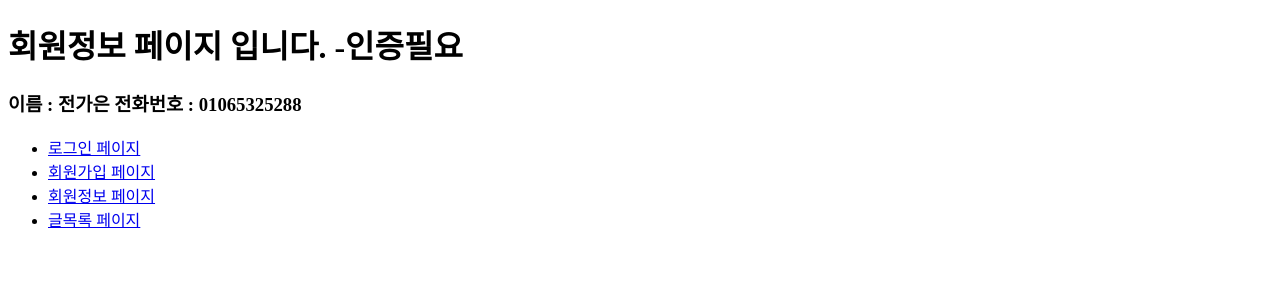
Repository: gouthiki90/web
Page: http://localhost/first1/user/userInfo.jsp
An editor plug-in stored every save of this project. The page is shown before and after a run of saves, followed by the edit.
The browser window is 1280 px wide. The pictures show the whole page.
The page is served by Tomcat 9.

Above is the page before, as saved 2022-02-22 07:18:32.

### first1/src/main/webapp/user/userInfo.jsp
<%@ page language="java" contentType="text/html; charset=UTF-8"
    pageEncoding="UTF-8"%>
<!DOCTYPE html>
<html>
<head>
<meta charset="UTF-8">
<title>Insert title here</title>
</head>
<body>
	<%
	request.getReader();
	// DB연결, SELECT
	String name = "전가은";
	String phone = "01065325288";
	%>
<h1>회원정보 페이지 입니다. -인증필요</h1>
<h3>이름 : <%=name %>  전화번호 : <%=phone %></h3>
	<ul>
		<li><a href="/user/login.html">로그인 페이지</a></li>
		<li><a href="/user/join.html">회원가입 페이지</a></li>
		<li><a href="/user/userInfo.jsp">회원정보 페이지</a></li>
		<li><a href="/post/list.html">글목록 페이지</a></li>
	</ul>

</body>
</html>

After the next 2 saves:
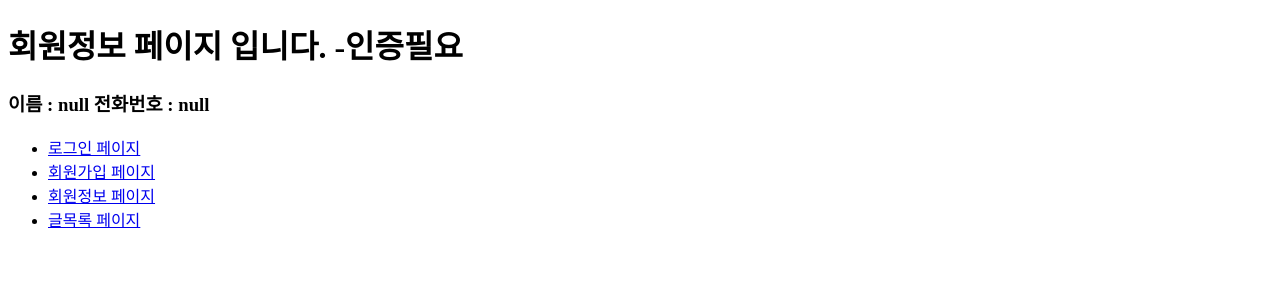
The 2 saves are shown as one change because they came seconds apart.
The last was saved 4 min 3 s later.
--- a/first1/src/main/webapp/user/userInfo.jsp
+++ b/first1/src/main/webapp/user/userInfo.jsp
@@ -8,10 +8,12 @@
 </head>
 <body>
 	<%
-	request.getReader();
+
 	// DB연결, SELECT
-	String name = "전가은";
-	String phone = "01065325288";
+	String name = request.getParameter("name"); //  문자열 받아서 자바 오브젝트로 파싱, BR로 읽는 모든 정보를 자바 오브젝트로 바꿈
+	// http://localhost/user/userInfo.jsp?name=전가은
+	// 쿼리스트링을 파싱해주는 메서드
+	String phone = request.getParameter("phone");
 	%>
 <h1>회원정보 페이지 입니다. -인증필요</h1>
 <h3>이름 : <%=name %>  전화번호 : <%=phone %></h3>
